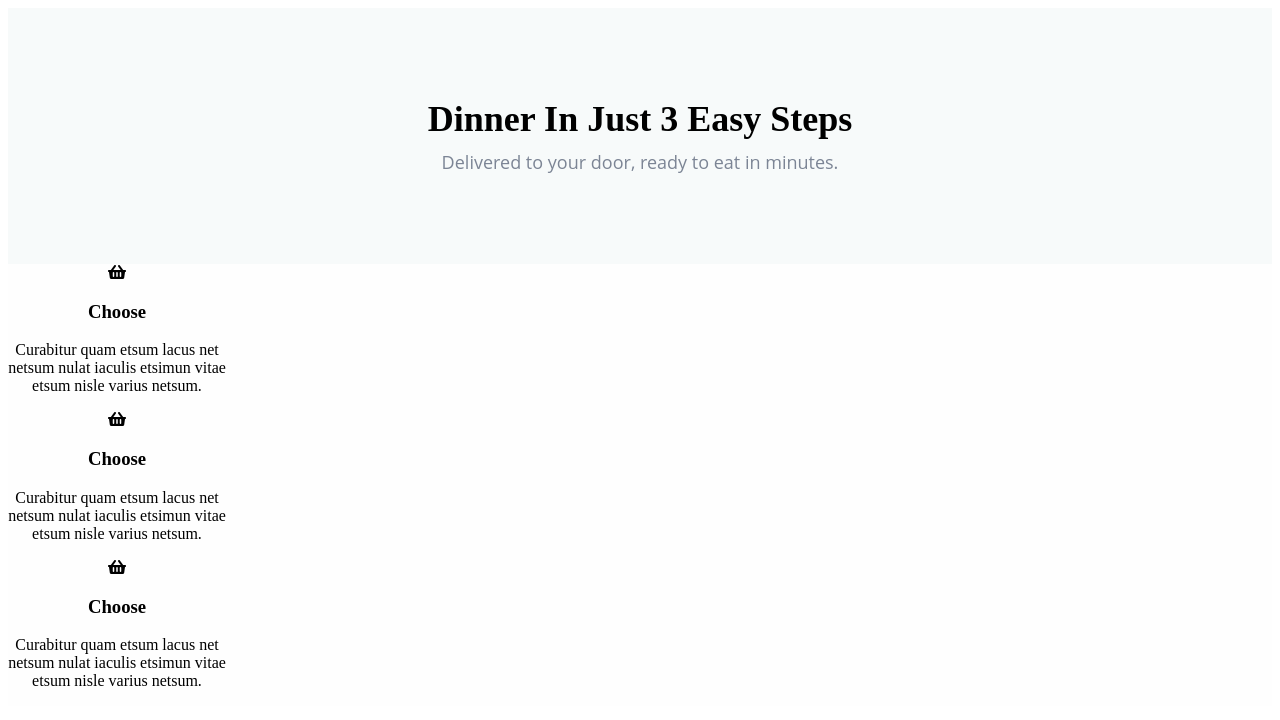
Repository: ST-United-Internship/leadpage
Page: icons-UI.html
These files come from the project's save history. The page is drawn as it stood at one moment and after the next save; the edit follows.
The browser window is 1280 px wide. The pictures show the whole page.

Above is the page before, as saved 2023-03-15 11:32:59.

### icons-UI.html
<!DOCTYPE html>
<html lang="en">
<head>
    <meta charset="UTF-8">
    <meta http-equiv="X-UA-Compatible" content="IE=edge">
    <meta name="viewport" content="width=device-width, initial-scale=1.0">
    <title>Document</title>
    <link rel="stylesheet" href="css/icons-UI.css">
    <link rel="stylesheet" href="css/common.css">
    <link rel="stylesheet" href="https://use.fontawesome.com/releases/v5.15.4/css/all.css" integrity="sha384-DyZ88mC6Up2uqS4h/KRgHuoeGwBcD4Ng9SiP4dIRy0EXTlnuz47vAwmeGwVChigm" crossorigin="anonymous"/>
</head>
<body>
    <section>
        <div class="about">
            <div class="title-text">
                <h2>Dinner In Just 3 Easy Steps</h2>
                <p>Delivered to your door, ready to eat in minutes.</p>
            </div>
            <div class="icons-warapper">
                <div class="icon-1">
                    <div class="main">
                        <i class="fas fa-shopping-basket"></i>
                        <h3>Choose</h3>
                        <p>Curabitur quam etsum lacus net netsum nulat iaculis etsimun vitae etsum nisle varius netsum.</p>
                    </div>
                    <div class="main">
                        <i class="fas fa-shopping-basket"></i>
                        <h3>Choose</h3>
                        <p>Curabitur quam etsum lacus net netsum nulat iaculis etsimun vitae etsum nisle varius netsum.</p>
                    </div>
                    <div class="main">
                        <i class="fas fa-shopping-basket"></i>
                        <h3>Choose</h3>
                        <p>Curabitur quam etsum lacus net netsum nulat iaculis etsimun vitae etsum nisle varius netsum.</p>
                    </div>
                </div>
                <div></div>
                <div></div>
            </div>
        </div>
    </section>
</body>
</html>

### css/icons-UI.css
.about{
    background-color: #f7fafa;
}

.about .title-text{
    text-align: center;
    padding: 90px;
}

.about .title-text h2{
    font-size: 36px;
    margin: 0px 0px 10px 0px;
}

.about .title-text p{
    font-size: 18px;
    font-family: 'Open Sans', sans-serif;
    margin: 0;
    font-weight: 400;
    color: #7c8595;
}

.about .icons-warapper{
    display: flex;
    background-color: #fefefe;
}

.about .icons-warapper .main p{
    width: 218px;
}

.about .icons-warapper .main{
    text-align: center;
}

### css/common.css
.container {
  max-width: 80%;
  margin: auto;
  border: 1px solid blue;
}
.card {
  width: 400px;
}
.space-vertical {
  padding: 20px 0;
}

.space-horizontal {
  padding: 0 20px;
}

*,
**,
*::before,
*::after {
  box-sizing: border-box;
}

After the next save:
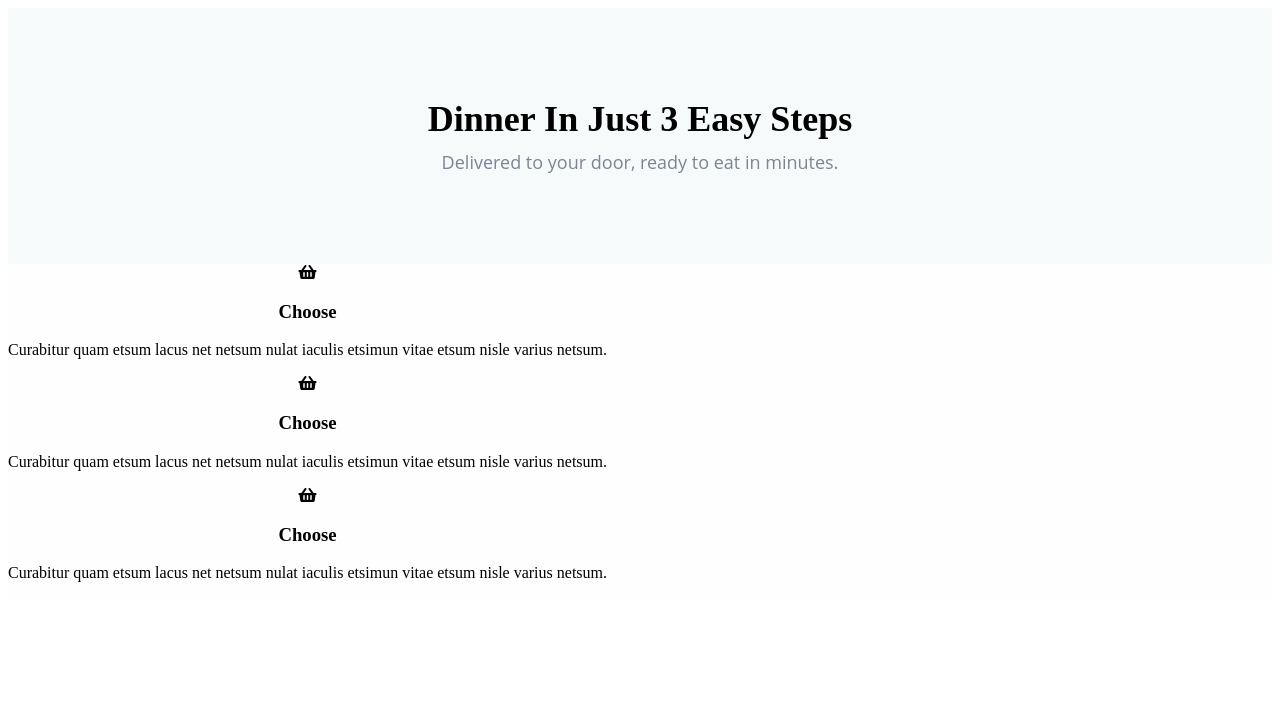
Saved 44 s later.
--- a/css/icons-UI.css
+++ b/css/icons-UI.css
@@ -26,7 +26,7 @@
 }
 
 .about .icons-warapper .main p{
-    width: 218px;
+    /* width: 218px; */
 }
 
 .about .icons-warapper .main{
